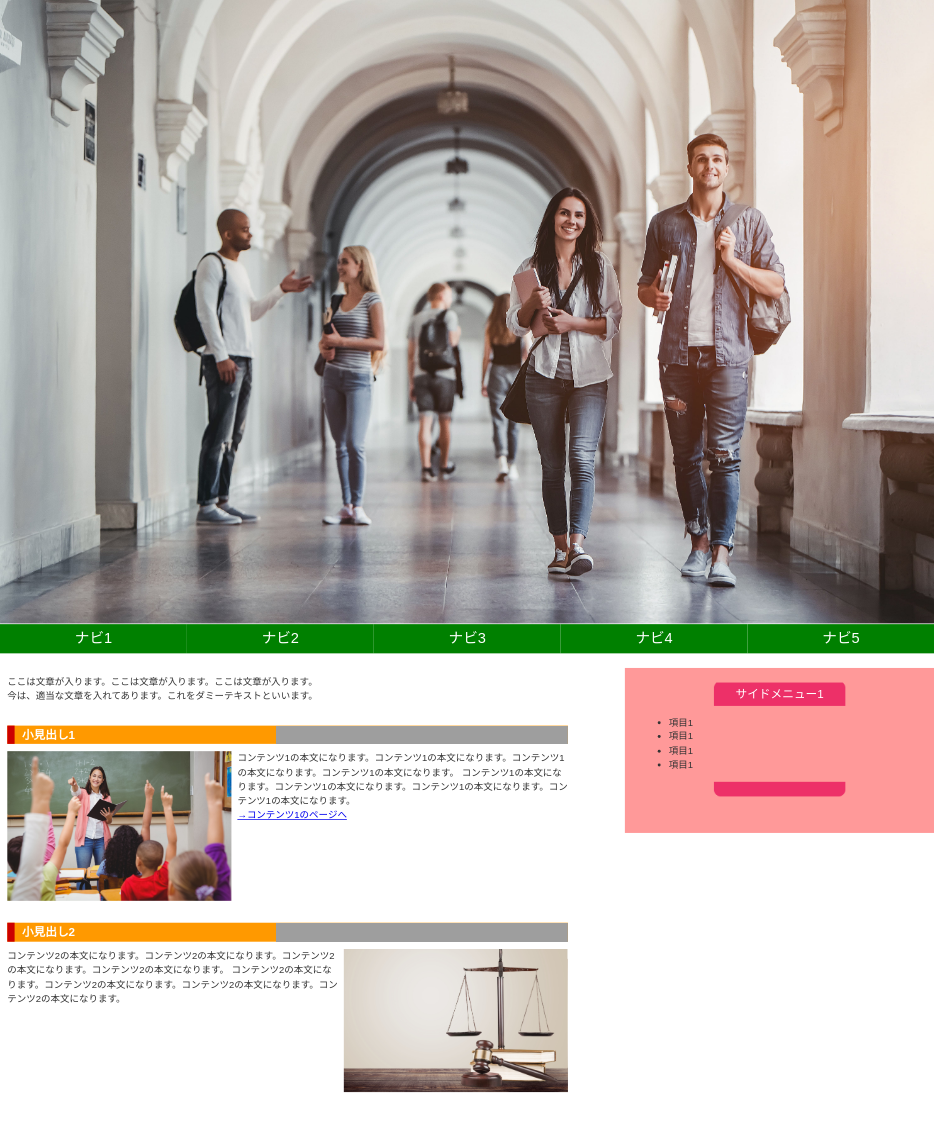
Repository: saekato/HTML
Page: home.html
The author's editor kept a record of every edit. The page is drawn from the files as they stood at one moment, then again after the next edit.
The browser window is 1280 px wide. The pictures show the whole page, at 73% of full size.
Pictures or frames that could not be fetched are drawn as grey boxes.

Above is the page before.

After the next edit:
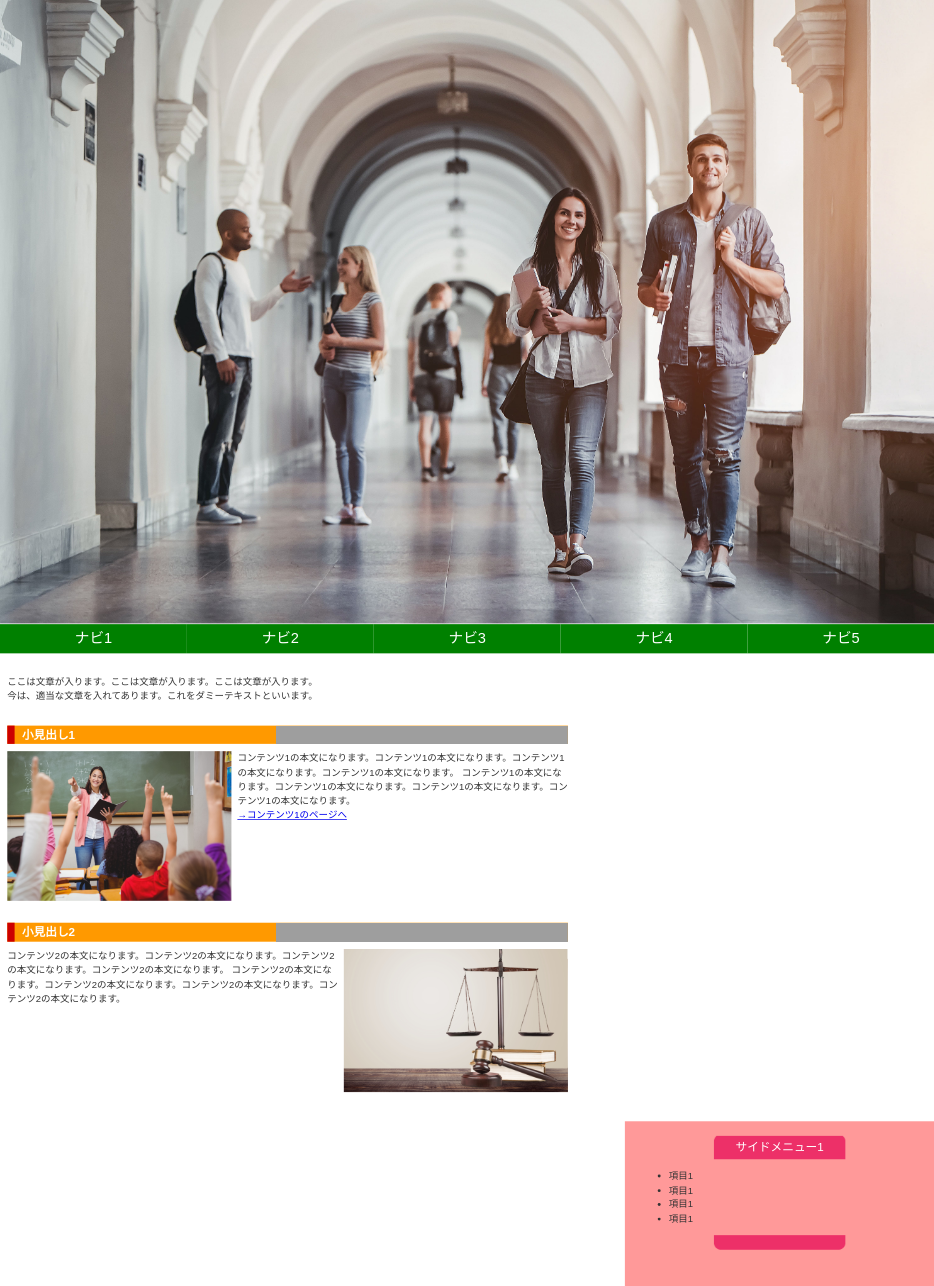
The edit:
--- a/stylesheet.css
+++ b/stylesheet.css
@@ -82,6 +82,8 @@
     padding: auto;
     padding-top: 20px;
     clear: both;
+    display: grid;
+    grid-columns: 70vw 30vw;
 }
 /*--------------------------- main -----------------------*/
 #main {
